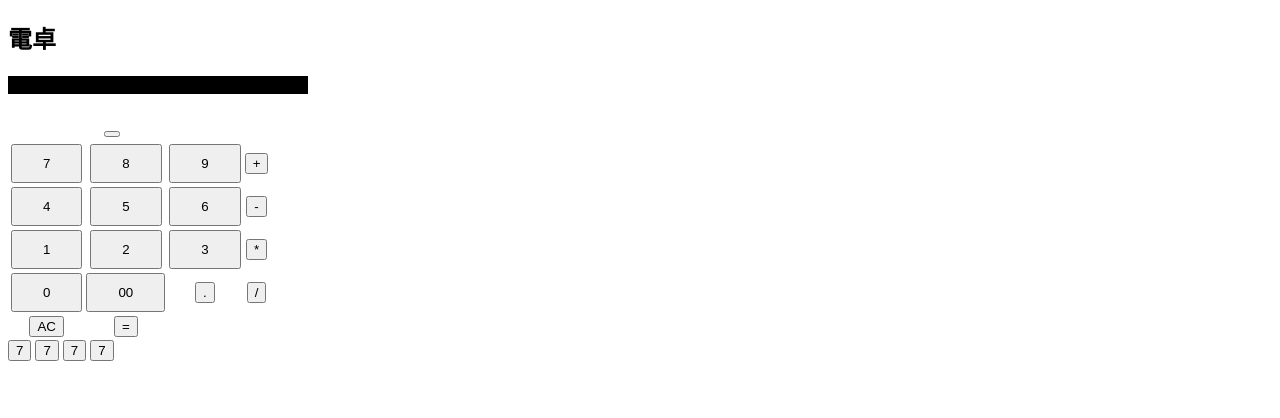
Repository: syokaturyou/potepan
Page: dentaku.html
The author's editor kept a record of every edit. The page is drawn from the files as they stood at one moment, then again after the next edit.
The browser window is 1280 px wide. The pictures show the whole page.

Above is the page before.

### dentaku.html
   <!DOCTYPE html>
    <html lang="en">
      <head>
        <meta charset="utf-8">
        <!--<script src="https://code.jquery.com/jquery-3.2.1.js" integrity="sha256-DZAnKJ/6XZ9si04Hgrsxu/8s717jcIzLy3oi35EouyE=" crossorigin="anonymous"></script>  -->
        <link rel="stylesheet" href="css/main.css">
        <title>電卓</title>
        <script src="javascript/jquery.min.js"></script>
        <script type="text/javascript" src="javascript/main.js" charset="utf-8"></script>
      </head>

      <body>
        <h2>電卓</h2>

          <table>
          <tr>
            <h4 class="target_textB">|</h4>
　　　　　　<button type="button" name="button1" value="ボタン１">
          </tr>
          <tr>
            <th><button class="buttonA">7</button></th>
            <th><button class="buttonA">8</button></th>
            <th><button class="buttonA">9</button></th>
            <th><button class="buttonB">+</button></th>
          </tr>
          <tr>
            <th><button class="buttonA">4</button></th>
            <th><button class="buttonA">5</button></th>
            <th><button class="buttonA">6</button></th>
            <th><button class="buttonB">-</button></th>
          </tr>
          <tr>
            <th><button class="buttonA">1</button></th>
            <th><button class="buttonA">2</button></th>
            <th><button class="buttonA">3</button></th>
            <th><button class="buttonB">*</button></th>
          </tr>
          <tr>
            <th><button class="buttonA">0</button></th>
            <th><button class="buttonA">00</button></th>
            <th><button class="buttonB">.</button></th>
            <th><button class="buttonB">/</button></th>
          </tr>
          <tr>
            <th><button class="buttonB">AC</button></th>
            <th><button class="buttonB">=</button></th>
          </tr>
        </table>

        <button class="buttonC">7</button>
        <button class="buttonC">7</button>
        <button class="buttonC">7</button>
        <button class="buttonC">7</button>



        <!--<script type="text/javascript" src="javascript/main.js" charset="utf-8"></script>-->
      </body>
    </html>

### css/main.css
table{
  /*border: 1px solid black;*/
  background-color: white;
}

h4{
  width: 300px;
  background-color: black;
}


 .black{
  color: white;
  background-color: black;
}

.buttonA {
  /*border: 1px solid black;*/
  padding: 10px 30px;
  /*background-color: #C0C0C0;*/
}

### javascript/main.js


 $(document).ready(function(){
      $(".button0").click(function() {
      let get_text = $(".button0").text(); //テキストを取得し変数に入れています。
      $(".target").text(get_text);
      });

      $(".button1").click(function() {
      let get_text = $(".button1").text();
       $(".target").text(get_text); //テキストを変更する処理です。
      });

      $(".button1").click(function() {
      let get_text = $(".button1").text();
       $(".target").text(get_text); //テキストを変更する処理です。
      });

      $(".button1").click(function() {
      let get_text = $(".button1").text();
       $(".target").text(get_text); //テキストを変更する処理です。
      });


      $(".button2").click(function() {
       $(".target").text("2"); //テキストを変更する処理です。
      });

      $(".button3").click(function() {
       $(".target").text("3"); //テキストを変更する処理です。
      });

      $(".buttonreset").click(function() {
       $(".target").text("|"); //テキストを変更する処理です。
      });
  });


//   document.querySelectorAll('.button').forEach(function (button) {
// 	button.addEventListener('click', {value: `${button.value}`, handleEvent: onClickButton});
// })

// function onClickButton() {
// 	console.log(`${this.value}がクリックされました`)
// }

//   $(document).ready(function(){
//   $(".button_a").click(function() {
//     $(".box_a").addClass("add_color_yellow"); //クラスの追加の処理です。
//   });

//   $(".button_b").click(function() {
//     $(".box_a").removeClass("add_color_yellow"); //クラスの削除の処理です。
//   });

//   $(".button_c").click(function() {
//     $(".box_b").addClass("add_hidden"); //display: none:のクラスを追加する処理です。
//   });

//   $(".button_d").click(function() {
//     $(".box_b").removeClass("add_hidden"); //display: none:のクラスを削除する処理です。
//   });
// });

Loaded but not shown: javascript/jquery.min.js (library)

After the next edit:
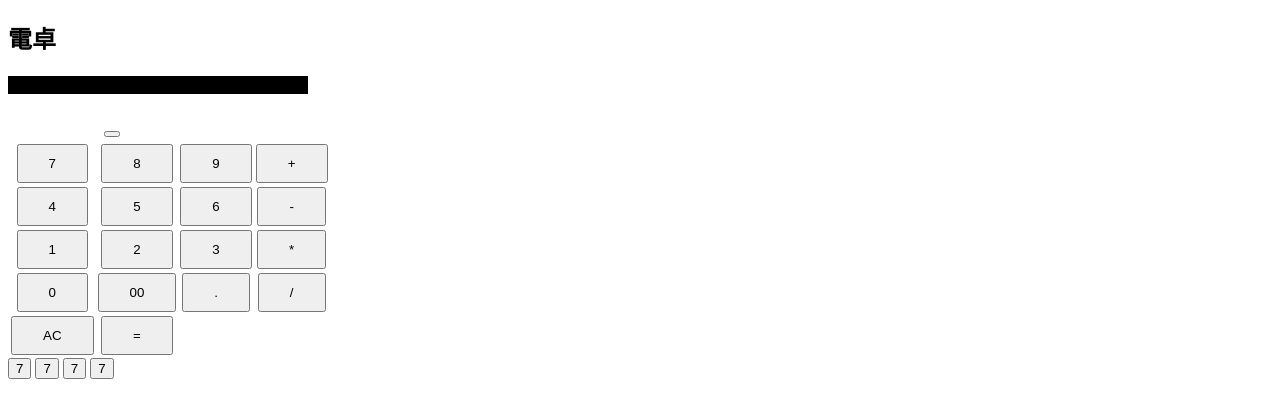
The edit:
--- a/css/main.css
+++ b/css/main.css
@@ -19,3 +19,9 @@
   padding: 10px 30px;
   /*background-color: #C0C0C0;*/
 }
+
+.buttonB {
+  /*border: 1px solid black;*/
+  padding: 10px 30px;
+  /*background-color: #C0C0C0;*/
+}
